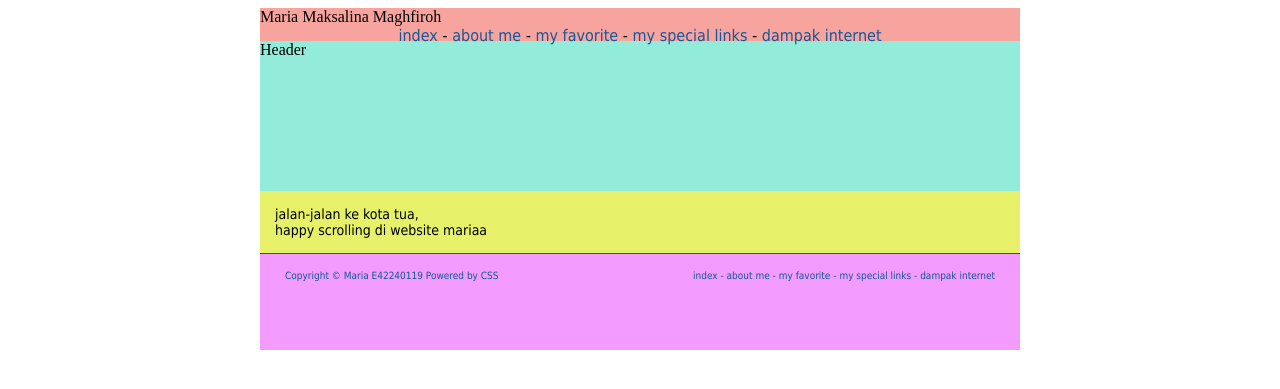
Repository: Bearli-py/latihan_bisdig
Page: index.html
The author's editor kept a copy of each file at every save. The page is drawn from the files as they stood at one save, then again after the next save.
The browser window is 1280 px wide. The pictures show the whole page.

Above is the page before, as saved 2025-09-09 15:35:49.

After the next save:
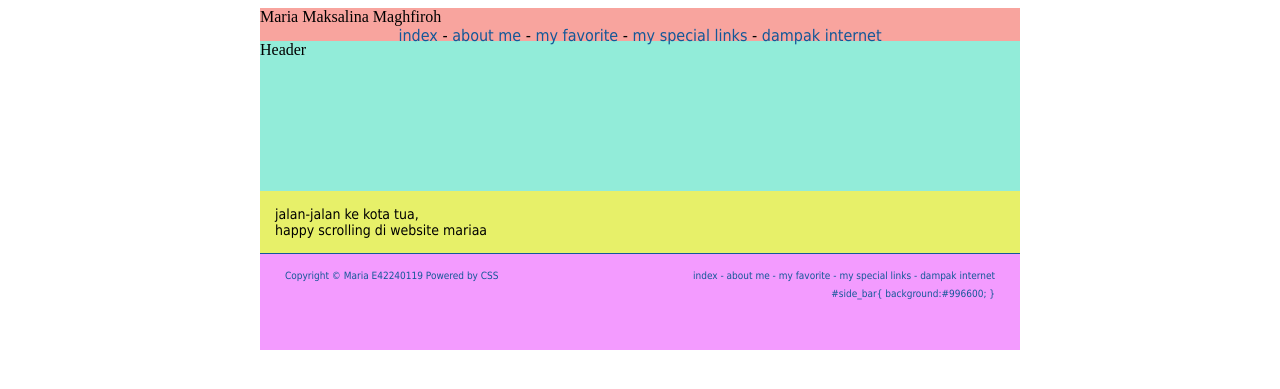
Saved 34 min 40 s later.
--- a/index.html
+++ b/index.html
@@ -27,9 +27,14 @@
             <a
             href="dampak.html">dampak
             internet</a>
+            #side_bar{
+background:#996600;
+}
+
             </div>
             Copyright &copy; Maria E42240119 Powered by CSS</div>
     </div>
 
+
 </body>
 </html>
